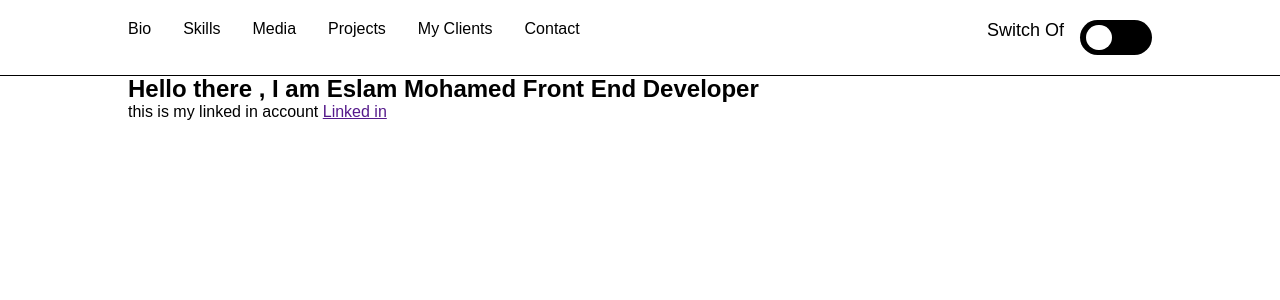
Repository: Eslam0Mohamed/portfolio
Page: index.html
An editor plug-in stored every save of this project. The page is shown before and after the next save, followed by the edit.
The browser window is 1280 px wide. The pictures show the whole page.

Above is the page before, as saved 2024-07-13 23:28:32.

### index.html
<!DOCTYPE html>
<html lang="en">
<head>
    <meta charset="UTF-8">
    <meta name="viewport" content="width=device-width, initial-scale=1.0">
    <title>Eslam Mohamed</title>

    <link rel="preconnect" href="https://fonts.googleapis.com">
<link rel="preconnect" href="https://fonts.gstatic.com" crossorigin>
<link href="https://fonts.googleapis.com/css2?family=Raleway:ital,wght@0,100..900;1,100..900&display=swap" rel="stylesheet">
<link rel="preconnect" href="https://fonts.googleapis.com">
<link rel="preconnect" href="https://fonts.gstatic.com" crossorigin>
<link href="https://fonts.googleapis.com/css2?family=Poppins:ital,wght@0,100;0,200;0,300;0,400;0,500;0,600;0,700;0,800;0,900;1,100;1,200;1,300;1,400;1,500;1,600;1,700;1,800;1,900&family=Raleway:ital,wght@0,100..900;1,100..900&display=swap" rel="stylesheet">
<link rel="stylesheet" href="css/style.css">
</head>
<body>
    <div class="container">
        <header class="header">
            <nav class="navigation">
                <ul class="navigation__list">
                    <li><a href="" class="navigation__link">Bio</a></li>
                    <li><a href="" class="navigation__link">Skills</a></li>
                    <li><a href="" class="navigation__link">Media</a></li>
                    <li><a href="" class="navigation__link">Projects</a></li>
                    <li><a href="" class="navigation__link">My Clients</a></li>
                    <li><a href="" class="navigation__link">Contact</a></li>

                </ul>
            </nav>
            <div class="toggle">
                <h3 class="toggle__title">Switch Of</h3>
                <input type="checkbox" name="toggl checkbox" id="toggle" class="toggle__checkbox">
                <label for="toggle" class="toggle__label"></label>
            </div>
        </header>
        <section id="bio" class="bio">
            <h1 class="bio__heading">Hello there  , I am Eslam Mohamed Front End Developer</h1>
            <p class="bio__objectives">
                this is my linked in account
            <a href="">Linked in</a>
            </p>
        </section>
    </div>
</body>
</html>

### css/style.css
:root {
    --container-width: 80vw;
    --boys: 2rem;
    --color-black: #000;
    --color-white: #fff;
    --color-blue: #2374e1;
    --color-light-blue: #1d9bf0;
    --color-dark-blue: #0a66c2;
    --color-darker-blue: #143ce8;
    --color-red: #ff0000;
    --color-green: #03a696;
    --color-grey: #f6f6f6;
    --color-dark-green: #42959b;
    --color-background: var(#ffffff);
    --color-text: var(#000000);
    --color-box-img: var(#000000);
    --color-link-bg: var(#000000);
    --color-input-border: var(#000000);
    --font-family-raleway: “Raleway“, sans-serif;
    --font-family-poppins: “Poppins“, sans-serif;
    --font-weight-regular: 400;
    --font-weight-medium: 500;
    --font-weight-semi-bold: 600;
    --font-weight-bold: 700;
    --font-size-70: 7rem;
    --font-size-65: 6.5rem;
    --font-size-40: 4rem;
    --font-size-38: 3.8rem;
    --font-size-24: 2.4rem;
    --font-size-22: 2.2rem;
    --font-size-18: 1.8rem;
    --font-size-20: 2rem;
    --font-size-15: 1.5rem;
    --transition-timing: 0.3s;
}

* {
    padding: 0;
    margin: 0;
    box-sizing: border-box;
}

a {
    display: inline-block;
    font: inherit;

}

button {
    background-color: transparent;
    cursor: pointer;
    border: none;
}

ul,
ol {
    list-style: none;
}

body {
    font-size: 16px;
    font-family: var(--font-family-raleway);
    background-color: var(--color-background);
    color: var(--color-text);
}

.container {
    margin: 0 auto;
    max-width: var(--container-width);
    /* background-color: #ff0000; */
}

.header {
    padding: 20px 0;
    position: relative;
    display: flex;
    justify-content: center;
}

.header::before {
    content: "";
    height: 100%;
    width: 100vw;
    position: absolute;
    border-bottom: 0.1rem solid var(--color-black);
    top: 0;
    z-index: -1;
}

.navigation__list {
    display: flex;
    gap: 2rem;
}

.navigation__link:visited,
.navigation__link:link {
    text-decoration: none;
    font-weight: var(--font-weight-medium);
    color: var(--color-text);
}

.navigation__link:hover,
.navigation__link:active {
    text-decoration: underline;
    color: var(--color-text);
}

/* Start toggle */
.toggle {
    display: flex;
    gap: 1rem;
    margin-left: auto;
    /* justify-content: flex-end; */
}

.toggle__title {
    font-weight: var(--font-weight-medium);
    /* font-size: var(--font-size-18); */
    font-size: 18px;
}

.toggle__checkbox {
    display: none;
}

.toggle__label {
    display: block;
    position: relative;
    width: 4.5rem;
    height: 2.2rem;
    background-color: var(--color-black);
    border-radius: 1.5rem;
    padding: 0.3rem 0.4rem;
    transition: 0.3s;
    cursor: pointer;
}
.toggle__label::after{
content: "";
position: absolute;
background-color: var(--color-white);
width: 1.6rem;
height: 1.6rem;
border-radius: 50%;
display: block;
}
.toggle__checkbox:checked + .toggle__label{
    background-color: var(--color-white);
}
.toggle__checkbox:checked + .toggle__label::after{
    background-color: var(--color-green);
    transform: translateX(2.1rem);
}

/* End toggle  */

After the next save:
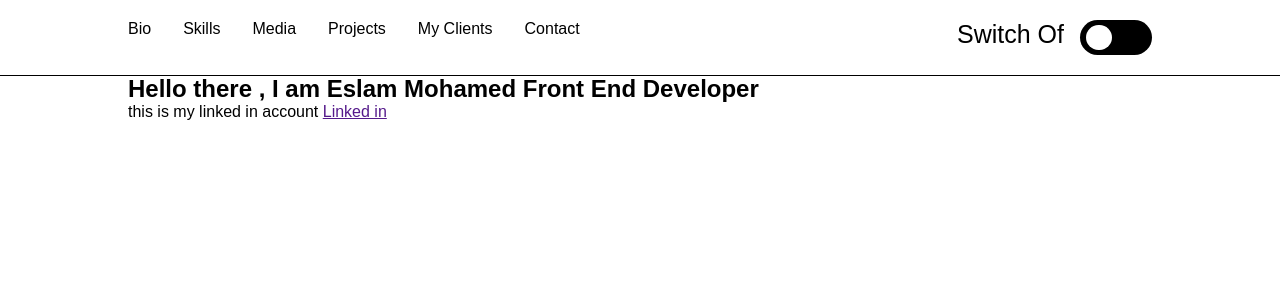
Saved 25 s later.
--- a/css/style.css
+++ b/css/style.css
@@ -116,7 +116,7 @@ body {
 .toggle__title {
     font-weight: var(--font-weight-medium);
     /* font-size: var(--font-size-18); */
-    font-size: 18px;
+    font-size: 25px;
 }
 
 .toggle__checkbox {
